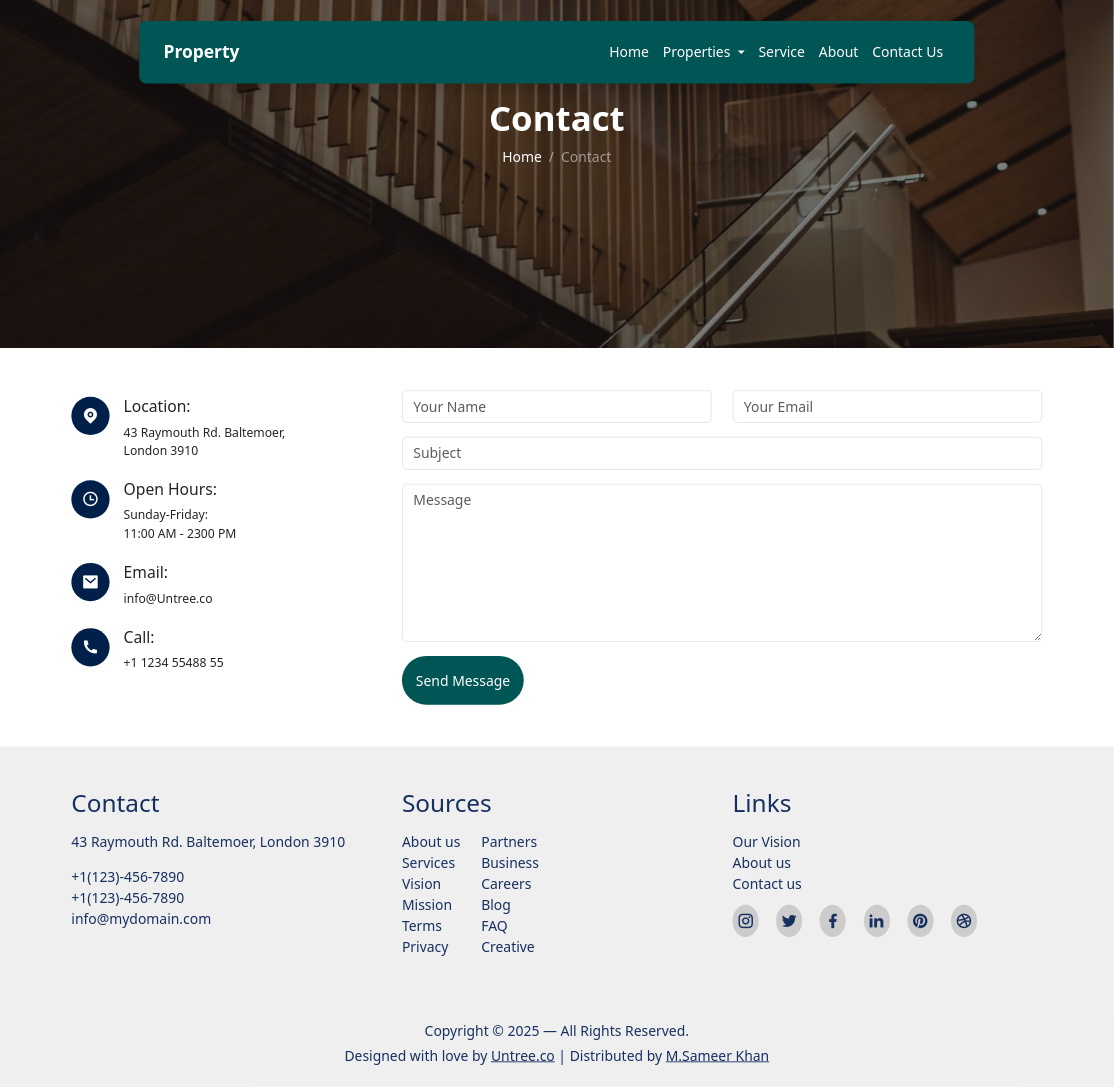
Repository: sameerrrrkhan911-git/Property
Page: contact.html
An editor plug-in stored every save of this project. The page is shown before and after the next save, followed by the edit.
The browser window is 1280 px wide. The pictures show the whole page, at 87% of full size.
Some web libraries are served in a nearby version.

Above is the page before, as saved 2025-09-28 21:44:30.
Console error: TypeError: Cannot read properties of undefined (reading 'length')

### contact.html
<!DOCTYPE html>
<html lang="en">

<head>
    <meta charset="utf-8">
    <meta name="viewport" content="width=device-width, initial-scale=1">
    <title>Property</title>

    <!--====== LINKS ========-->
    <link href="https://cdn.jsdelivr.net/npm/bootstrap@5.3.8/dist/css/bootstrap.min.css" rel="stylesheet">
    <link
        href="https://fonts.googleapis.com/css2?family=Montserrat:wght@400;600&family=Open+Sans:wght@400;600&display=swap"
        rel="stylesheet">
    <link href="https://unpkg.com/aos@2.3.1/dist/aos.css" rel="stylesheet">
    <link href="https://cdn.jsdelivr.net/npm/remixicon@4.5.0/fonts/remixicon.css" rel="stylesheet">
    <link href="https://cdnjs.cloudflare.com/ajax/libs/tiny-slider/2.9.4/tiny-slider.css" rel="stylesheet">
    <link rel="stylesheet" href="assets/css/style2.css">
    <link rel="stylesheet" href="assets/css/style.css">

</head>

<body>

    <!--=====HEADER=====-->
    <header>
        <section id="Right-Step">
            <div class="bg-holder overlay overlay-elixir">
            </div>

            <!-- Navbar -->
            <nav
                class="navbar navbar-expand-lg green-color p-3 mt-4 sticky-top position-absolute top-0 start-50 translate-middle-x w-75 rounded-3 shadow">
                <div class="container-fluid">
                    <!-- Brand -->
                    <a class="navbar-brand text-white fw-bold" href="#">Property</a>

                    <!-- Toggler for Mobile -->
                    <button class="navbar-toggler bg-light" type="button">
                        <span class="navbar-toggler-icon"></span>
                    </button>

                    <!-- Navbar Links -->
                    <div class="collapse navbar-collapse" id="navbarNavDropdown">
                        <ul class="navbar-nav ms-auto">
                            <li class="nav-item">
                                <a class="nav-link text-white active" aria-current="page" href="index.html">Home</a>
                            </li>
                            <li class="nav-item dropdown">
                                <a class="nav-link dropdown-toggle text-white" href="#" role="button"
                                    data-bs-toggle="dropdown" aria-expanded="false">
                                    Properties
                                </a>
                                <ul class="dropdown-menu">
                                    <li><a class="dropdown-item" href="#">Action</a></li>
                                    <li><a class="dropdown-item" href="#">Another action</a></li>
                                    <li><a class="dropdown-item" href="#">Something else here</a></li>
                                </ul>
                            </li>
                            <li class="nav-item"><a class="nav-link text-white" href="service.html">Service</a></li>
                            <li class="nav-item"><a class="nav-link text-white" href="about.html">About</a></li>
                            <li class="nav-item"><a class="nav-link text-white" href="contact.html">Contact Us</a></li>
                        </ul>
                    </div>
                </div>
            </nav>

            <!--/.bg-holder-->
            <div class="forbg py-5">
                <div class="container">

                    <div class="row justify-content-center align-items-center">
                        <div class="col-lg-9 text-center mt-5">
                            <h1 class="heading aos-init aos-animate white mt-3 fw-bold" data-aos="fade-up">Contact</h1>

                            <nav aria-label="breadcrumb" data-aos="fade-up" data-aos-delay="200"
                                class="aos-init aos-animate">
                                <ol class="breadcrumb text-center justify-content-center">
                                    <li class="breadcrumb-item"><a href="index.html" style="color: white;">Home</a></li>
                                    <li class="ms-2 me-2 text-white-50" aria-current="page">
                                        /
                                    </li>
                                    <li class="breadcrumb-item active text-white-50" aria-current="page">
                                        Contact
                                    </li>
                                </ol>
                            </nav>
                        </div>
                    </div>
                </div>
            </div><!-- end of .container-->
        </section>
    </header>

    <!--====MAIN====-->

    <main>

<div class="section py">
      <div class="container">
        <div class="row py-5">
          <div class="col-lg-4 mb-5 mb-lg-0 aos-init aos-animate" data-aos="fade-up" data-aos-delay="100">
            <div class="contact-info">
              <div class="address mt-2">
               <i class="ri-map-pin-fill"></i>

                <h4 class="mb-2">Location:</h4>
                <p>
                  43 Raymouth Rd. Baltemoer,<br>
                  London 3910
                </p>
              </div>

              <div class="open-hours mt-4">
                <i class="ri-time-line"></i>
                <h4 class="mb-2">Open Hours:</h4>
                <p>
                  Sunday-Friday:<br>
                  11:00 AM - 2300 PM
                </p>
              </div>

              <div class="email mt-4">
               <i class="ri-mail-fill"></i>
                <h4 class="mb-2">Email:</h4>
                <p>info@Untree.co</p>
              </div>

              <div class="phone mt-4">
                <i class="ri-phone-fill"></i>
                <h4 class="mb-2">Call:</h4>
                <p>+1 1234 55488 55</p>
              </div>
            </div>
          </div>
          <div class="col-lg-8 aos-init aos-animate" data-aos="fade-up" data-aos-delay="200">
            <form action="#">
              <div class="row">
                <div class="col-6 mb-3">
                  <input type="text" class="form-control" placeholder="Your Name">
                </div>
                <div class="col-6 mb-3">
                  <input type="email" class="form-control" placeholder="Your Email">
                </div>
                <div class="col-12 mb-3">
                  <input type="text" class="form-control" placeholder="Subject">
                </div>
                <div class="col-12 mb-3">
                  <textarea name="" id="" cols="30" rows="7" class="form-control" placeholder="Message"></textarea>
                </div>

                <div class="col-12">
                  <input type="submit" value="Send Message" class="green-color rounded-pill border-0 white p-3">
                </div>
              </div>
            </form>
          </div>
        </div>
      </div>
    </div>

    </main>

    <!-- FOOTER -->
    <footer class="greyy py-5 pb-4 grey">

        <div class="container">
            <div class="row">

                <!-- Contact -->
                <div class="col-lg-4 col-md-6 mb-4">
                    <h3 class="mb-3 font-color">Contact</h3>
                    <address class="mb-3 font-color">43 Raymouth Rd. Baltemoer, London 3910</address>
                    <ul class="list-unstyled">
                        <li><a href="tel://11234567890" class=" text-decoration-none"
                                style="color: #163060;">+1(123)-456-7890</a></li>
                        <li><a href="tel://11234567890" class=" text-decoration-none"
                                style="color: #163060;">+1(123)-456-7890</a></li>
                        <li><a href="mailto:info@mydomain.com" class=" text-decoration-none"
                                style="color: #163060;">info@mydomain.com</a></li>
                    </ul>
                </div>

                <!-- Sources -->
                <div class="col-lg-4 col-md-6 mb-4">
                    <h3 class="mb-3 font-color">Sources</h3>
                    <div class="d-flex">
                        <ul class="list-unstyled me-4">
                            <li><a href="#" class="font-color text-decoration-none">About us</a></li>
                            <li><a href="#" class="font-color text-decoration-none">Services</a></li>
                            <li><a href="#" class="font-color text-decoration-none">Vision</a></li>
                            <li><a href="#" class="font-color text-decoration-none">Mission</a></li>
                            <li><a href="#" class="font-color text-decoration-none">Terms</a></li>
                            <li><a href="#" class="font-color text-decoration-none">Privacy</a></li>
                        </ul>
                        <ul class="list-unstyled">
                            <li><a href="#" class="font-color text-decoration-none">Partners</a></li>
                            <li><a href="#" class="font-color text-decoration-none">Business</a></li>
                            <li><a href="#" class="font-color text-decoration-none">Careers</a></li>
                            <li><a href="#" class="font-color text-decoration-none">Blog</a></li>
                            <li><a href="#" class="font-color text-decoration-none">FAQ</a></li>
                            <li><a href="#" class="font-color text-decoration-none">Creative</a></li>
                        </ul>
                    </div>
                </div>

                <!-- Links & Social -->
                <div class="col-lg-4 col-md-12 mb-4">
                    <h3 class="mb-3 font-color">Links</h3>
                    <ul class="list-unstyled">
                        <li><a href="#" class="font-color text-decoration-none">Our Vision</a></li>
                        <li><a href="#" class="font-color text-decoration-none">About us</a></li>
                        <li><a href="#" class="font-color text-decoration-none">Contact us</a></li>
                    </ul>

                    <!-- Social icons -->
                    <div class="mt-3">
                        <a href="#" class="font-color me-3 fs-5 roundd text-color dark-grey"><i
                                class="ri-instagram-line"></i></a>
                        <a href="#" class="font-color me-3 fs-5 roundd dark-grey"><i class="ri-twitter-fill"></i></a>
                        <a href="#" class="font-color me-3 fs-5 roundd dark-grey"><i class="ri-facebook-fill"></i></a>
                        <a href="#" class="font-color me-3 fs-5 roundd dark-grey"><i class="ri-linkedin-fill"></i></a>
                        <a href="#" class="font-color me-3 fs-5 roundd dark-grey"><i class="ri-pinterest-fill"></i></a>
                        <a href="#" class="font-color fs-5 roundd dark-grey"><i class="ri-dribbble-line"></i></a>
                    </div>
                </div>

            </div>

            <hr class="border-light">

            <!-- Copyright -->
            <div class="row">
                <div class="col-12 text-center">
                    <p class="mb-1 font-color">
                        Copyright ©
                        <script>document.write(new Date().getFullYear());</script> — All Rights Reserved.
                    </p>
                    <p class="mb-0 font-color">
                        Designed with love by <a href="https://untree.co"
                            class="font-color text-decoration-underline">Untree.co</a>
                        | Distributed by <a href="https://themewagon.com/" target="_blank"
                            class="font-color text-decoration-underline">M.Sameer Khan</a>
                    </p>
                </div>
            </div>

        </div>

    </footer>

    <!-- Bootstrap JS -->
    <script src="https://cdn.jsdelivr.net/npm/bootstrap@5.3.8/dist/js/bootstrap.bundle.min.js"></script>
    <!-- AOS JS -->
    <script src="https://unpkg.com/aos@2.3.1/dist/aos.js"></script>

    <script>
        AOS.init({
            duration: 1000,
            once: true
        });
    </script>

    <script src="https://cdnjs.cloudflare.com/ajax/libs/tiny-slider/2.9.4/min/tiny-slider.js"></script>

    <script>
        var slider = tns({
            container: '.property-slider',
            items: 3,
            slideBy: 1,
            autoplay: false,
            controls: true,
            nav: false,
            gutter: 20,
            controlsContainer: '.slider-controls',
            prevButton: '.prev',
            nextButton: '.next',
            responsive: {
                0: { items: 1 },
                768: { items: 2 },
                1200: { items: 3 }
            }
        });
    </script>

</body>

</html>

### assets/css/style.css
/* ==============================
   Root Variables
=================================*/
:root {
  --green-color: #005555;
   --heading-color: #2a3855;
}

.green-color {
  background-color: var(--green-color);
}

.green{
  color: var(--green-color);
}

.black{
  color: black;
}

.para{
  text-align: left;
}

.heading-color{
  color: var(--heading-color);
}

.z-9 {
  z-index: 9 !important;
}

.white {
  color: white;
}

.green-line{
   height: 2px;
  width: 120px;
 background-color: var(--green-color);
 margin-bottom: 10px;
}

.black-line{
   height: 2px;
  width: 80px;
 background-color: black;
 margin: 10px auto;
}

.white-bg{
  background-color: white;
}

.fs-6{
  font-size: 5px;
}

.marginn{
  margin-bottom: 30px;
}

.a{
  text-decoration: none;
}


.dark-grey{
  background-color: #cccccc;
}

.text-color{
  color: #909ba6;
}
/* ==============================
Header
=================================*/


/* Hero background */
.hero-header {
  background-image: url("../images/hero_bg_3.jpg") !important;
  background-repeat: no-repeat;
  background-position: center center;
  background-size: cover;
  min-height: 100vh;
  position: relative;
  display: flex;
  align-items: center;
}



/* Overlay */
.hero-header::before {
  content: "";
  position: absolute;
  top: 0;
  left: 0;
  width: 100%;
  height: 100%;
  background: rgba(0, 0, 0, 0.5);
  z-index: 0;
}

/* Keep hero text above overlay */
.hero {
  position: relative;
  z-index: 1;
}

/* White text */
.white {
  color: #fff !important;
}

/* Responsive adjustments */
@media (max-width: 768px) {
  nav.navbar {
    width: 90% !important;
    margin-top: 1rem !important;
    padding: 0.75rem 1rem !important;
  }

  .hero h1 {
    font-size: 1.75rem;
    line-height: 1.3;
  }

  .hero form {
    flex-direction: column !important;
    gap: 0.75rem;
  }

  .hero input {
    width: 100% !important;
  }

  .hero button {
    width: 100% !important;
  }
}

@media (max-width: 576px) {
  .hero h1 {
    font-size: 1.5rem;
  }
}

/* Popular properties */

.property-slider {
  overflow: hidden;
}

.property-item {
  background: #fff;
  border-radius: 8px;
  overflow: hidden;
}

.property-content {
  background: #fff;
  border-radius: 8px;
}

/* Features */

.features-1 {
    padding-top: 30px;
    position: relative;
    z-index: 8;
    text-align: center;
    background-color: rgba(0, 32, 74, 0.05);
}

/* ==========================
   Testimonials Section
========================== */

.sec-testimonials .heading {
  font-size: 2rem;
  font-weight: 700;
}

/* Prev/Next buttons */
#testimonial-nav {
  display: flex;
  gap: 10px;
}

#testimonial-nav span {
  cursor: pointer;
  font-size: 14px;
  color: #002855;
  background: #e9ecef;
  padding: 6px 14px;
  border-radius: 20px;
  transition: all 0.3s ease;
}

#testimonial-nav span:hover {
  background: #002855;
  color: #fff;
}

/* Testimonials layout */
.testimonial-slider {
  display: grid;
  grid-template-columns: repeat(auto-fit, minmax(300px, 1fr));
  gap: 40px;
  margin-top: 30px;
  text-align: center;
}

.testimonial {
  padding: 20px;
}

.testimonial img {
  width: 90px;
  height: 90px;
  object-fit: cover;
  margin-bottom: 15px;
  border: 3px solid #ddd;
}

.testimonial .rate {
  margin: 10px 0;
  font-size: 16px;
  color: #f1c40f;
}

.testimonial h3 {
  margin-bottom: 10px;
  font-size: 1.1rem;
  font-weight: 600;
}

.testimonial blockquote {
  font-style: italic;
  font-size: 0.95rem;
  color: #555;
  margin: 10px 0 15px;
}

.greyy{
  background-color: #efefef;
}

.testimonial p.text-muted {
  font-size: 0.85rem;
  color: #888;
}

.img-fluid {
   max-width: 100%;
    height: auto;
}

/* Call To Action */
.footer-cta {
  background: white ;
  padding: 50px;
}

.footer-cta .btn-primary {
  border-radius: 30px;
  font-size: 1.1rem;
  transition: all 0.3s ease;
}

.footer-cta .btn-primary:hover {
  background: #003f3f;
  transform: translateY(-3px);
  box-shadow: 0 6px 15px rgba(0,0,0,0.2);
}

/* Our Agents */
.section_1{
  background-color: #f8f9fa;
}

/* Agent Card */
.person {
  background: #fff;
  border-radius: 12px;
  padding: 60px 20px 30px;
  text-align: center;
  position: relative;
  box-shadow: 0 4px 20px rgba(0,0,0,0.05);
  transition: all 0.3s ease;
}

.person:hover {
  transform: translateY(-8px);
  box-shadow: 0 12px 30px rgba(0,0,0,0.1);
}

/* Profile Image */
.person img {
  width: 100px;
  height: 100px;
  object-fit: cover;
  border-radius: 50%;
  position: absolute;
  top: -50px;
  left: 50%;
  transform: translateX(-50%);
}

/* Text styling */
.person-contents h2 {
  margin-top: 60px;
  font-size: 1.2rem;
  font-weight: 600;
}

.person-contents .meta {
  font-size: 0.9rem;
  color: #6c757d;
  margin-bottom: 15px;
}

.person-contents p {
  font-size: 0.95rem;
  color: #555;
  margin-bottom: 20px;
}

/* Social icons */
.social a {
  display: inline-flex;
  justify-content: center;
  align-items: center;
  width: 40px;
  height: 40px;
  margin: 0 5px;
  border-radius: 50%;
  background: #002855;
  color: #fff;
  transition: all 0.3s ease;
  text-decoration: none;
}

.social a:hover {
  background: #005555;
}

h2 a {
  color: #000;
  text-decoration: none;
}

.roundd{

  border-radius: 50%;
  text-decoration: none;
  padding: 5px;
}

.font-color{
 color: #163060;
}

.forbg {
    height: 400px;
    background: linear-gradient(to bottom, rgba(0, 0, 0, 0.5), rgba(0, 0, 0, 0.5)), url(../images/hero_bg_1.jpg);
    background-size: cover;
    background-position: center;
}

a{
  text-decoration: none;
}

.contact-info i {
    font-size: 20px;
    float: left;
    width: 44px;
    height: 44px;
    background: #00204a;
    display: -webkit-box;
    display: -ms-flexbox;
    display: flex
;
    -webkit-box-pack: center;
    -ms-flex-pack: center;
    justify-content: center;
    -webkit-box-align: center;
    -ms-flex-align: center;
    align-items: center;
    border-radius: 50px;
    -webkit-transition: all 0.3s;
    -o-transition: all 0.3s;
    transition: all 0.3s;
    color: #fff;
}

.contact-info i {
  font-size: 20px;
  float: left;
  width: 44px;
  height: 44px;
  background: #00204a;
  display: -webkit-box;
  display: -ms-flexbox;
  display: flex;
  -webkit-box-pack: center;
  -ms-flex-pack: center;
  justify-content: center;
  -webkit-box-align: center;
  -ms-flex-align: center;
  align-items: center;
  border-radius: 50px;
  -webkit-transition: all 0.3s;
  -o-transition: all 0.3s;
  transition: all 0.3s;
  color: #fff; }

.contact-info h4, .contact-info .h4 {
  font-size: 18px;
  padding: 0 0 0 60px; }

.contact-info p {
  padding: 0 0 0 60px;
  margin-bottom: 0;
  font-size: 14px; }

Loaded but not shown: assets/css/style2.css (library)

After the next save:
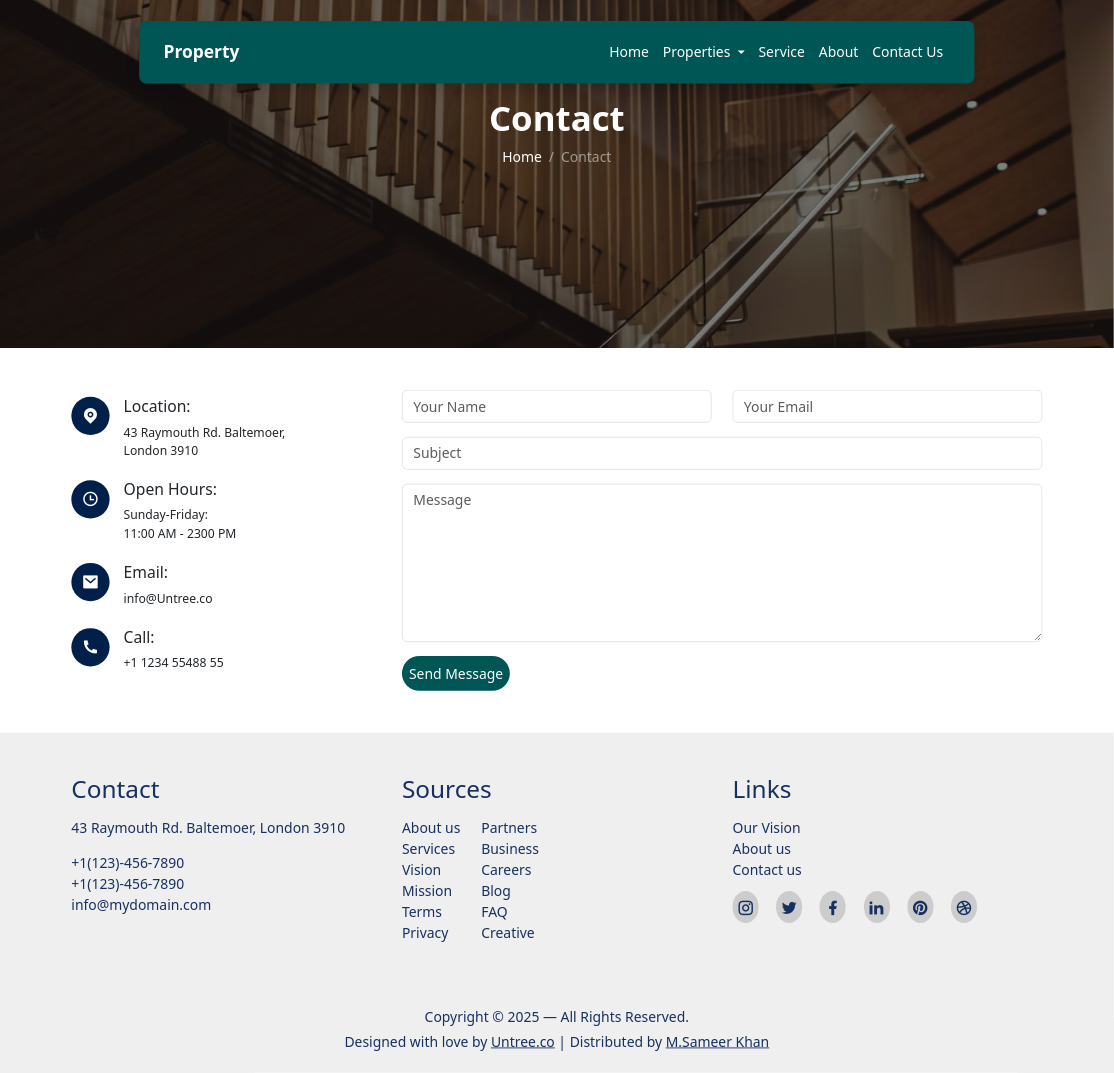
Saved 4 s later.
--- a/contact.html
+++ b/contact.html
@@ -149,7 +149,7 @@
                 </div>
 
                 <div class="col-12">
-                  <input type="submit" value="Send Message" class="green-color rounded-pill border-0 white p-3">
+                  <input type="submit" value="Send Message" class="green-color rounded-pill border-0 white p-2">
                 </div>
               </div>
             </form>
